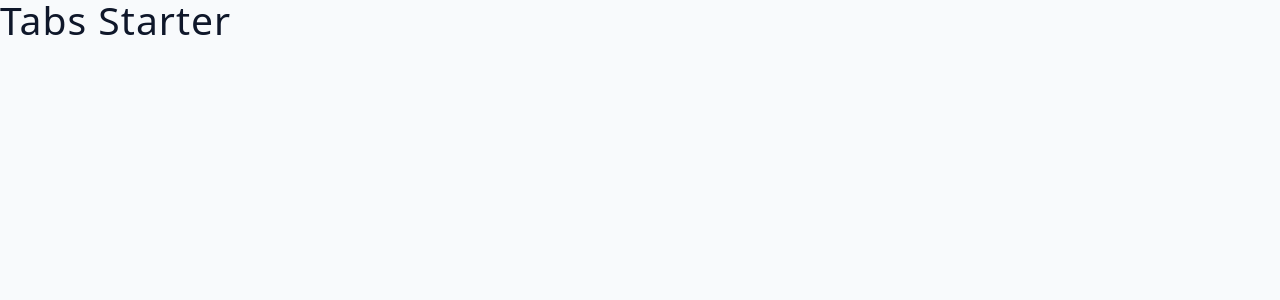
Repository: Maryie-B/React-Practice-Projects
Page: / (app in Tabs/)
An editor plug-in stored every save of this project. The page is shown before and after the next save, followed by the edit.
The browser window is 1280 px wide. The pictures show the whole page.
The page's requests for data from a server got no answer. The project was rebuilt for these pictures with package versions that can differ from the ones it lists, and the page was loaded fresh each time. No one was signed in, and anything a server would have sent is missing. Also part of the build but not shown: Tabs/vite.config.js.

Above is the page before, as saved 2023-06-08 11:20:32.

After the next save:
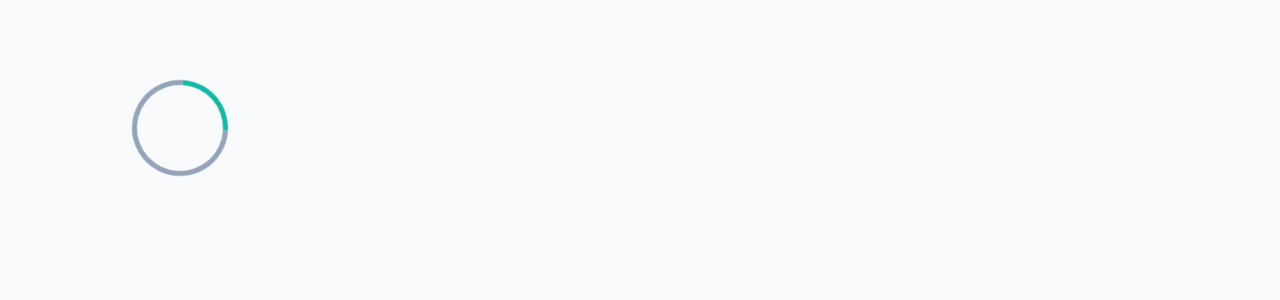
Saved 2 min 18 s later.
--- a/Tabs/src/App.jsx
+++ b/Tabs/src/App.jsx
@@ -16,7 +16,14 @@ const App = () => {
   useEffect(() => {
     fetchJobs();
   }, []);
-  console.log(jobs);
+
+  if (isLoading) {
+    return (
+      <section className="jobs-center">
+        <div className="loading"></div>
+      </section>
+    );
+  }
 
   return <h2>Tabs Starter</h2>;
 };
